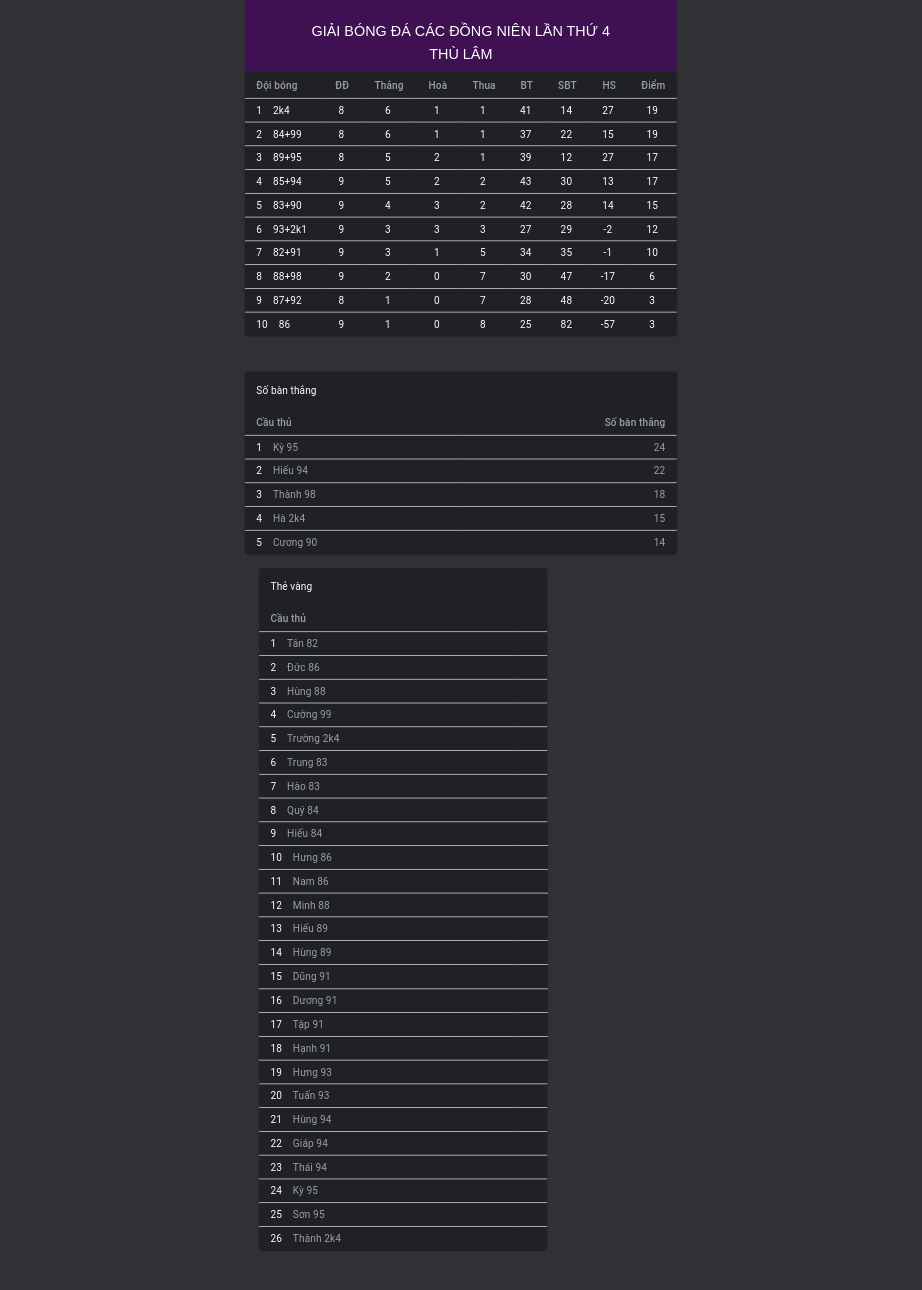
Repository: tuan842001/thulam
Page: /
An editor plug-in stored every save of this project. The page is shown before and after the next save, followed by the edit.
The browser window is 1280 px wide. The pictures show the whole page, at 72% of full size.
The project was rebuilt for these pictures with package versions that can differ from the ones it lists, and the page was loaded fresh each time.

Above is the page before, as saved 2022-01-11 15:53:41.

After the next save:
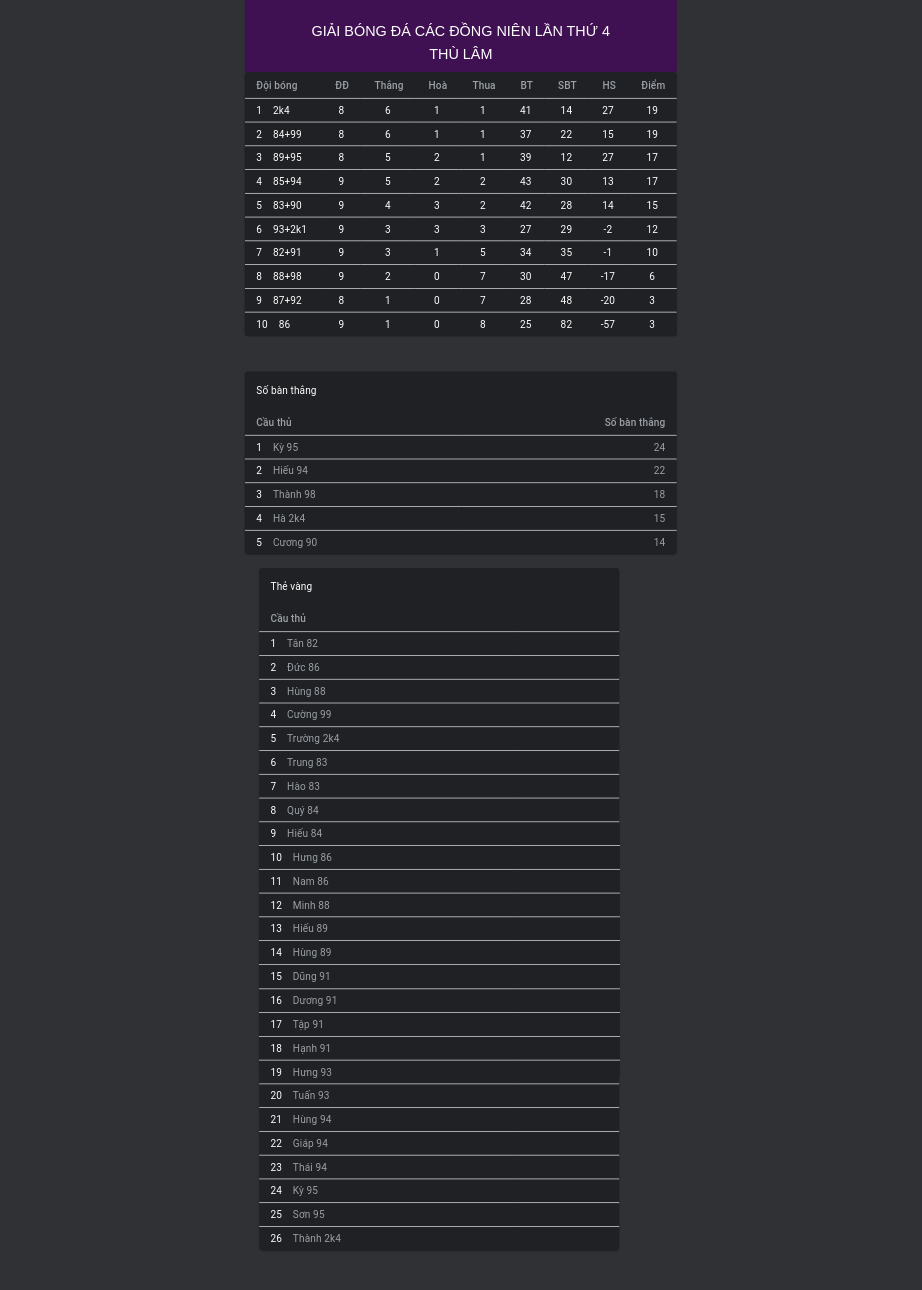
Saved 30 s later.
--- a/src/pages/card/Card.jsx
+++ b/src/pages/card/Card.jsx
@@ -52,7 +52,7 @@ export default function Card() {
         backgroundColor: "#202124",
         color: "#FFFF",
         margin: "20px",
-        width: "400px",
+        width: "500px",
       }}
     >
       <TableCell style={{ color: "#FFFF", borderBottom: "none" }} align="right">
